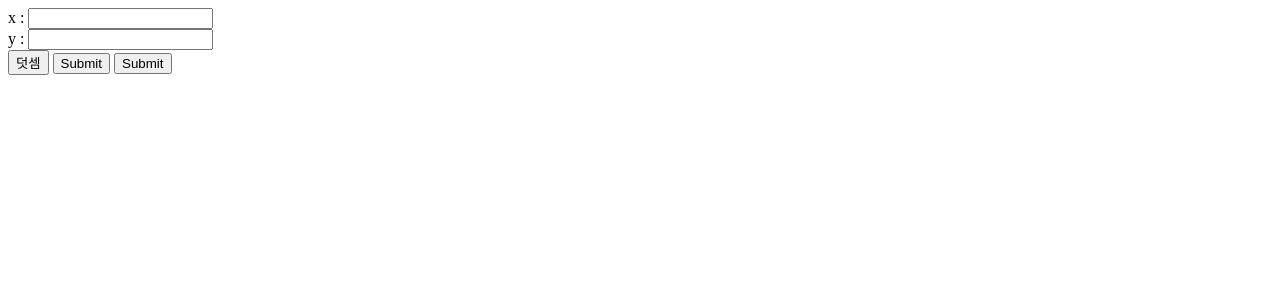
Repository: hongsungwoooo/per_study_jsp
Page: day02/src/main/webapp/calc2.html
These files come from the project's save history. The page is drawn as it stood at one moment and after the next save; the edit follows.
The browser window is 1280 px wide. The pictures show the whole page.

Above is the page before, as saved 2022-10-05 06:36:50.

### day02/src/main/webapp/calc2.html
<!DOCTYPE html>
<html>
<head>
<meta charset="UTF-8">
<title>Insert title here</title>
</head>
<body>
	<form action="calc" method="post">
			<div>
				<label>x :</label>
				<input type="text" name="x">
			</div>
			<div>
				<label>y :</label>
				<input type="text" name="y">
			</div>
			<input type="submit" value="덧셈">
			<input type="submit">
			<input type="submit">



		</form>
</body>
</html>

After the next save:
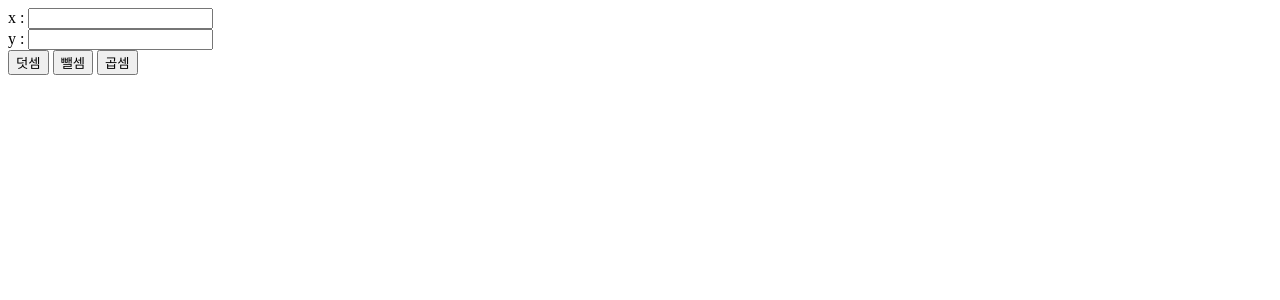
Saved 23 s later.
--- a/day02/src/main/webapp/calc2.html
+++ b/day02/src/main/webapp/calc2.html
@@ -15,8 +15,8 @@
 				<input type="text" name="y">
 			</div>
 			<input type="submit" value="덧셈">
-			<input type="submit">
-			<input type="submit">
+			<input type="submit" value="뺄셈">
+			<input type="submit" value="곱셈">
 
 
 
